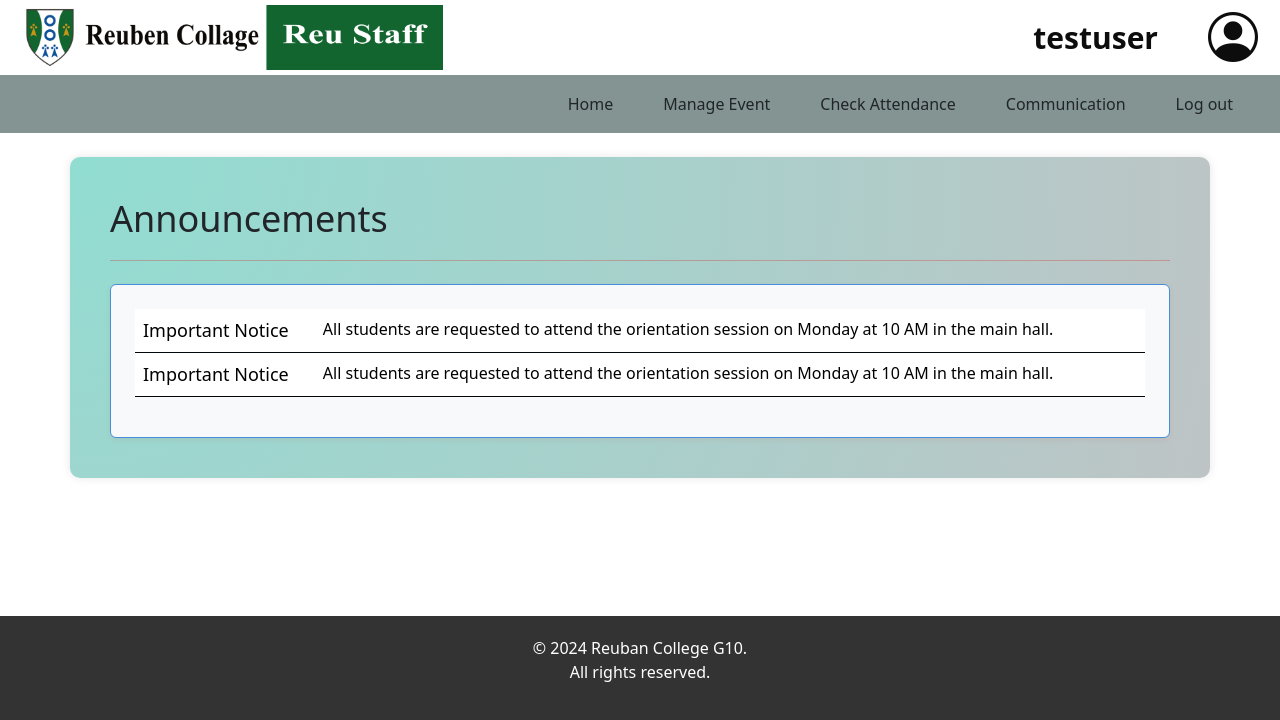
Repository: nimasha20020207/ReuStaff
Page: http://localhost/ReuStaff/principalHome.jsp
These files come from the project's save history. The page is drawn as it stood at one moment and after the next save; the edit follows.
The browser window is 1280 px wide. The pictures show the whole page.
The page is served by Tomcat 10. The session is filled in as if someone had signed in: {"username": "testuser", "userType": "admin"}.

Above is the page before, as saved 2024-10-13 15:27:47.

After the next save:
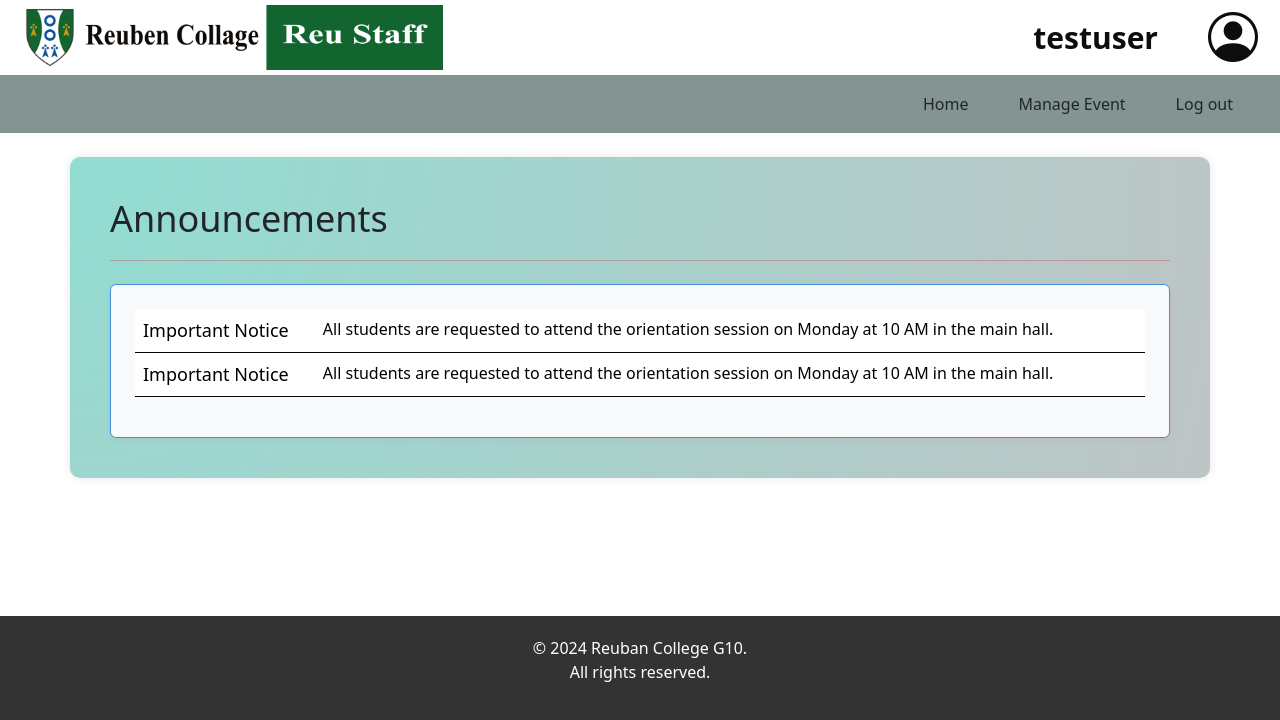
Saved 2 min 13 s later.
--- a/Online Staff Management System/ReuStaff/ReuStaff/src/main/webapp/principalHome.jsp
+++ b/Online Staff Management System/ReuStaff/ReuStaff/src/main/webapp/principalHome.jsp
@@ -97,13 +97,7 @@
                     <a class="btn custom-btn me-4" href="managepri.jsp">Manage Event</a>
                 </li>
                 <li class="nav-item">
-                    <a class="btn custom-btn me-4" href="">Check Attendance</a>
-                </li>
-                <li class="nav-item">
-                    <a class="btn custom-btn me-4" href="">Communication</a>
-                </li>
-                <li class="nav-item">
-                    <a class="btn custom-btn me-4" href="">Log out</a>
+                    <a class="btn custom-btn me-4" href="logout">Log out</a>
                 </li>
             </ul>
         </nav>
